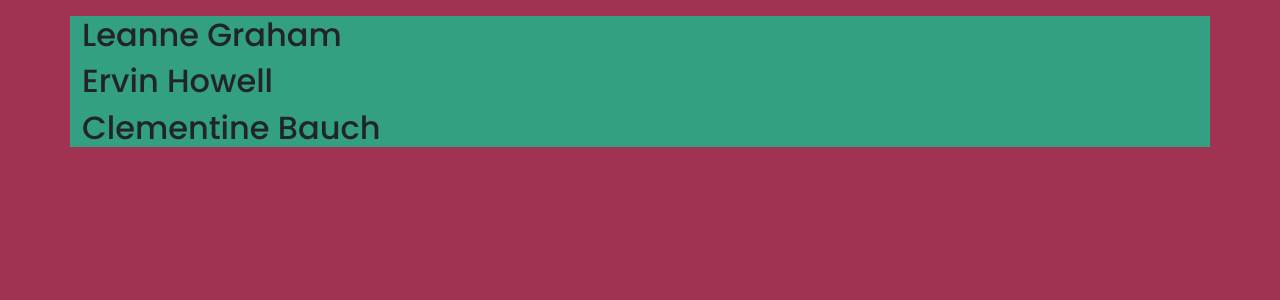
Repository: DeraBola/user-app
Page: /
These files come from the project's save history. The page is drawn as it stood at one moment and after the next save; the edit follows.
The browser window is 1280 px wide. The pictures show the whole page.
The project was rebuilt for these pictures with package versions that can differ from the ones it lists, and the page was loaded fresh each time.

Above is the page before, as saved 2022-08-04 20:02:19.

After the next save:
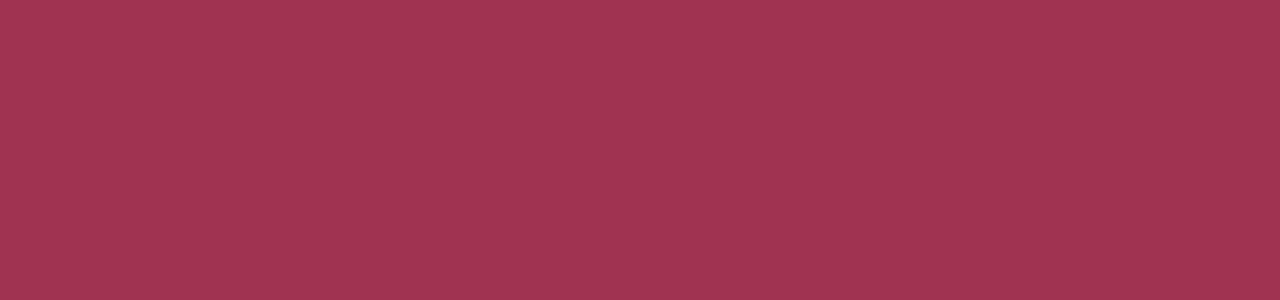
Saved 14 s later.
--- a/src/App.js
+++ b/src/App.js
@@ -82,7 +82,7 @@
       <div className="grid">
 
     </div>
-    <UsersList users={users} />
+
     </div>
   )
 };

After the save that followed:
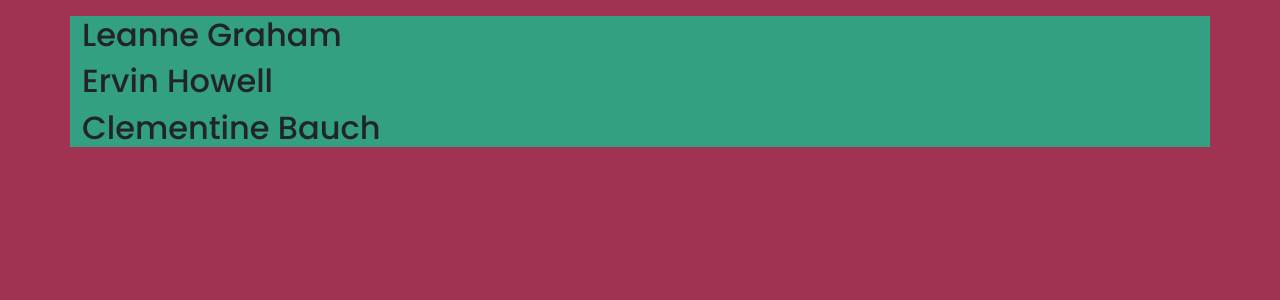
Saved 13 s later.
--- a/src/App.js
+++ b/src/App.js
@@ -80,9 +80,8 @@
   return (
     <div className="container">
       <div className="grid">
-
+      <UsersList users={users} />
     </div>
-
     </div>
   )
 };
